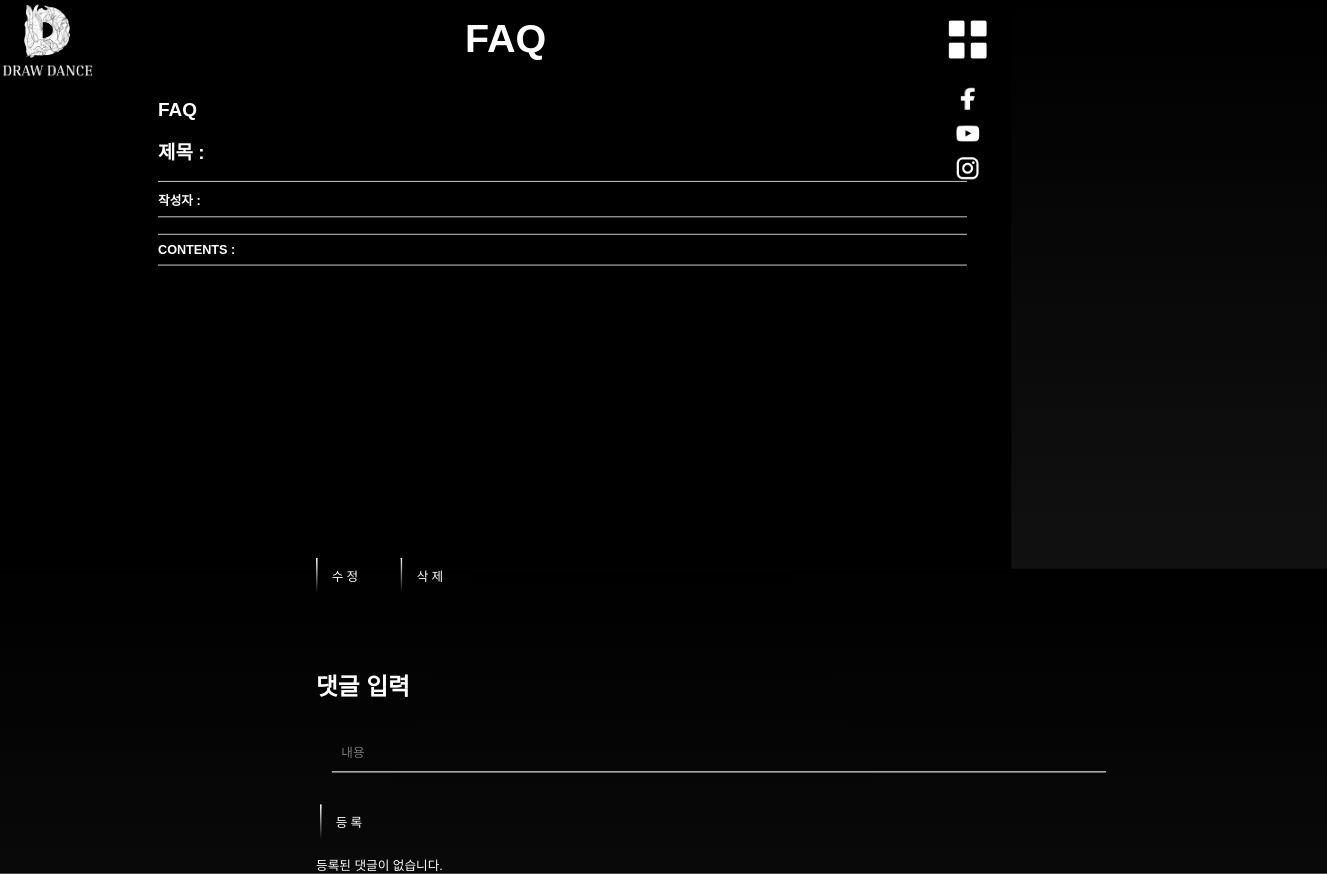
Repository: seonghun9906/semiProject
Page: http://localhost/drawAcademy/WEB-INF/views/QBoard/detail.jsp
These files come from the project's save history. The page is drawn as it stood at one moment and after the next save; the edit follows.
The browser window is 1280 px wide. The page is 1680 px wide, so the pictures cover 1680 px, including what lies to the right of the window. The pictures show the whole page, at 79% of full size.
The page is served by Tomcat 9. Nobody is signed in. Other server files are loaded and not shown. The template is opened directly, without the code that normally fills it, so the values that code supplies are empty.

Above is the page before, as saved 2024-02-29 02:26:55.

### drawAcademy/src/main/webapp/WEB-INF/views/QBoard/detail.jsp
<%@page import="com.icia.drawAcademy.dto.QboardDto"%>
<%@page import="com.icia.drawAcademy.dao.Qboarddao.QboardDao"%>
<%@ page language="java" contentType="text/html; charset=UTF-8"
   pageEncoding="UTF-8"%>
<%@ taglib prefix="c" uri="http://java.sun.com/jsp/jstl/core"%>
<!DOCTYPE html>
<html>
<head>
<meta charset="UTF-8">
<title>Insert title here</title>
<link rel="stylesheet" href="resources/css/detail.css">
<script src="https://code.jquery.com/jquery-3.7.1.min.js"
   integrity="sha256-/JqT3SQfawRcv/BIHPThkBvs0OEvtFFmqPF/lYI/Cxo="
   crossorigin="anonymous"></script>
</head>
<body>
   <div class="bodyMain">
      <div class="title">FAQ</div>
      <header class="headerMenu">
         <button class="Home-btn" onclick="location.href='./'">
            <img src="resources/images/lg.png" class="logo">
         </button>
      </header>
      <div class="headerMenu">
         <button class="Home-btn" onclick="location.href='./'">
            <img src="resources/images/lg.png" class="logo">
         </button>
      </div>
      <div id="menu-container">
         <img src="resources/images/menu.png" id="menuButton">
         <div id="rectangle">
            <br> <br>
            <button class="Home-btn" onclick="location.href='./'">
               <p>HOME</p>
            </button>
            <br> <br> <br>
            <button class="ABOUT-btn" onclick="location.href='./about'">
               <p>ABOUT</p>
            </button>
            <br> <br> <br>
            <button class="INSTRUCTORS-btn"
               onclick="location.href='./instructors'">
               <p>INSTRUCTORS</p>
            </button>
            <br> <br> <br>
            <button class="CLASS-btn" onclick="location.href='./classpage'">
               <p>CLASS</p>
            </button>
            <br> <br> <br>
            <button class="CONTACT-btn" onclick="location.href='./qboard'">
               <p>FAQ</p>
            </button>
            <br> <br> <br> <br> <br> <br> <br>
            <div class="smallWord">
               <button id="loginBtn" class="LOGIN-btn"
                  onclick="location.href='./login'">
                  <small>LOGIN</small>
               </button>
               <form id="logoutForm" action="logout" method="get">
                  <button class="LOGIN-btn" onclick="location.href='./'">
                     <small>LOGOUT</small>
                  </button>
               </form>
               <button id="signupBtn" class="SIGNUP-btn"
                  onclick="location.href='./signUp'">
                  <small>SIGN UP</small>
               </button>
               <button id="myPage" class="MYPAGE-btn"
                  onclick="location.href='./mypage'">
                  <small>MY PAGE</small>
               </button>
            </div>
            <br> <br>
            <div id="icon-container2">
               <a href="https://www.facebook.com"> <img
                  src="resources/images/facebookIcon.png" class="facebook">
               </a> <a href="https://www.youtube.com"> <img
                  src="resources/images/youtubeIcon.png" class="youtube">
               </a> <a href="https://www.instagram.com"> <img
                  src="resources/images/instagramIcon.png" class="instagram">
               </a>
            </div>
         </div>
      </div>
      <div id="icon-container">
         <a href="https://www.facebook.com"> <img
            src="resources/images/facebookIcon.png" class="facebook">
         </a> <a href="https://www.youtube.com"> <img
            src="resources/images/youtubeIcon.png" class="youtube">
         </a> <a href="https://www.instagram.com"> <img
            src="resources/images/instagramIcon.png" class="instagram">
         </a>
      </div>


               <div class="detail-title">
                  <h2 class="h2FAQ">FAQ</h2>
                     <h2 class="h2title">제목 : ${qboard.b_title}</h2>
                     <h4 class="author">작성자 : ${qboard.m_name}</h4>
                  	<h4 class="author">CONTENTS : ${qboard.b_contents}</h4>
            <div class="btn-area">

                  <div class="btn-write1">
               <c:if test="${sessionScope.login.m_id eq qboard.m_id}">
                     <a href="QBUpdate?b_code=${qboard.b_code}">
                        <button id="upbtn">
                           <span></span>
                           <span></span>
                            <span></span>
                             <span></span> 수정
                        </button>
                     </a>
               </c:if>
                  </div>

               <div class="btn-write1">
                  <c:if test="${sessionScope.login.m_id eq qboard.m_id}">
                     <form action="delete?b_code=${qboard.b_code}" method="post">
                        <button type="submit" id="delbtn">
                           <span></span>
                           <span></span>
                            <span></span>
                             <span></span>삭제
                        </button>
                     </form>
                  </c:if>
               </div>
            </div>

            <!-- 댓글 기능 -->
            <!-- 댓글 작성 -->
            <div class="comment">
               <form action="inscProc" method="post" onsubmit="scrollToComment()">
                  <input type="hidden" name="b_code" value="${qboard.b_code}">
                  <input type="hidden" name="c_code" value="${ccc.c_code}">
                  <input type="hidden" name="m_name" value="${sessionScope.login.m_name}">
                  <input type="hidden" name="m_id" value="${sessionScope.login.m_id}">
                  <h4 class ="h4Cmt">댓글 입력</h4>
                  <div class="cmtInput">
                  <input type="text" placeholder="내용" name="c_contents" class="cmtText"  required>
                  </div>
                  <button value="submit">
                 	<span></span>
                 	<span></span>
                 	<span></span>
                 	<span></span>
                 	등록</button>
               </form>
               <c:choose>
                  <c:when test="${empty cmtList}">
                     <div class="cmt-item">
                        <span class="none-content">등록된 댓글이 없습니다.</span>
                     </div>
                  </c:when>
                  <c:otherwise>
                     <h3>댓글</h3>
                     <c:forEach var="ccc" items="${cmtList}">
                        <div>
                           <p id="author">작성자: ${ccc.m_name}</p>
                           <p id="cContents">내용 : ${ccc.c_contents}</p>
                           <c:if test="${ccc.m_id eq sessionScope.login.m_id}">
                              <form action="cDelete" method="post">
                              <input type="hidden" name="m_id" value="${sessionScope.login.m_id}">
                              <input type="hidden" name="c_code" value="${ccc.c_code}">
                                 <button type="submit">
                                 <span></span>
                                 <span></span>
                                 <span></span>
                                 <span></span>
                                 삭제</button>
                              </form>
                           </c:if>
                        </div>
                     </c:forEach>
                  </c:otherwise>
               </c:choose>
            </div>
   </div>
</div>

</body>
   <!-- 메뉴 버튼 기능 -->
<script>
   <!-- 메뉴 버튼 기능 -->
   $(document).ready(function() {
      var rectangle = $('#rectangle');
      console.log("rectangle"+ rectangle);
      var menuButton = $('#menuButton');
      var iconContainer = $('#icon-container');
      var isRectangleVisible = false; // rectangle의 초기 상태를 정의 - 첫 메뉴 클릭 때 실행되지 않는 현상 해결

      menuButton.on('click', function() {
         if (!isRectangleVisible) {
            rectangle.show();
            iconContainer.hide(); //메뉴 창이 나오면서 iconcontainer 사라지기
            isRectangleVisible = true; // rectangle이 보이는 상태로 설정
         } else {
            rectangle.hide();
            iconContainer.show();
            isRectangleVisible = false; // rectangle이 숨겨진 상태로 설정
         }
      });
   });

      $(document).ready(function() {
         // 댓글을 작성한 후 페이지 스크롤 위치를 유지
         function scrollToComment() {
            // 댓글 영역의 상단 좌표를 가져옴
            var commentSection = $("#comment");
            var commentSectionTop = commentSection.offset().top;

            // 페이지를 댓글 영역의 상단으로 스크롤
            window.scrollTo(0, commentSectionTop);
         }

         // 댓글이 추가될 때 화면의 크기 조정
         function adjustScreenSize() {
            // 현재 문서의 전체 높이
            var documentHeight = $(document).height();

            // 브라우저 높이
            var windowHeight = $(window).height();

            // 브라우저 높이보다 문서의 높이가 작을 경우
            if (documentHeight < windowHeight) {
               // 문서의 높이를 브라우저 높이로 조정
               $("body").height(windowHeight);
            } else {
               // 문서의 높이를 기존 높이로 유지
               $("body").height(documentHeight);
            }
         }

         // 페이지 로드 시 화면 크기 조정
         $(window).on("load", function() {
            adjustScreenSize();
         });

         // 댓글이 추가될 때 화면 크기 조정
         function addComment() {
            // 댓글 추가 작업 수행 후
            // 화면 크기 조정 함수 호출
            adjustScreenSize();
         }
      });
   </script>

<script>
$(document).ready(function() {

  var loginBtn = $("#loginBtn");
  var logoutForm = $("#logoutForm");
  var signupBtn = $("#signupBtn");
  var myPageBtn = $("#myPage");

  var loggedInMember = '<%= session.getAttribute("login") %>';
  console.log("세션에 저장된 값: " + loggedInMember);
  // 여기서 로그인 여부를 확인하고 그에 따라 버튼을 표시하거나 숨깁니다.
  var isLoggedIn = loggedInMember !== 'null' && loggedInMember !== '';

  if (isLoggedIn) {
    loginBtn.hide();
    logoutForm.show();
    signupBtn.hide();
    myPageBtn.show();
  } else {
    loginBtn.show();
    logoutForm.hide();
    signupBtn.show();
    myPageBtn.hide();
  }
});
</script>

</html>

### drawAcademy/src/main/webapp/resources/css/detail.css
html {
   height: 100%;
}

body {
   margin: 0;
   padding: 0;
   font-family: sans-serif;
   background: linear-gradient(#000000, #111111);
}

.bodyMain {
   position: absolute;
   background-color: #000000;
   top: 0;
   left: 0;
   bottom: 0;
   right: 0;
   width: 100%;
   height: 100%;
}

.headerMenu .Home-btn {
   position: absolute;
   background: none;
   border: none;
   padding: 0;
   cursor: pointer;
   width: auto; /* 이미지 크기에 맞게 자동으로 조정됨 */
   z-index: 9999;
}

.title {
   width: 100%; /* 컨테이너의 너비를 화면 전체로 설정 */
   position: absolute; /* 화면 아래에 고정시킵니다. */
   text-align: center; /* 내부 텍스트를 가운데 정렬합니다. */
   padding: 20px; /* 내부 여백 설정 (예시) */
   box-sizing: border-box; /* 패딩이 포함된 전체 너비/높이 계산 */
   color: #ffffff;
   font-size: 50px;
   font-weight: bold;
   z-index: 9999;
}

.headerMenu .logo {
   width: 120px; /* 이미지가 버튼 내에서 꽉 차도록 설정 */
   height: auto; /* 이미지의 가로 세로 비율을 유지하면서 버튼에 맞게 조정 */
}

.facebook {
   width: 20px;
   height: 30px;
   z-index: 9999;
}

.youtube {
   width: 30px;
   height: 20px;
   z-index: 9999;
}

.instagram {
   width: 30px;
   height: 30px;
   z-index: 9999;
}

#menu-container {
   position: relative;
   z-index: 9999;
}

#menuButton {
   cursor: pointer;
   position: absolute;
   top: 25px;
   right: 30px; /* 오른쪽으로 이동 */
   display: flex;
   width: 50px;
   height: 50px;
   z-index: 9999;
}

#icon-container {
   position: absolute;
   top: 110px;
   right: 40px;
   display: flex;
   flex-direction: column; /* 세로 방향으로 아이콘을 나열 */
   align-items: center; /* 아이콘을 수직 중앙으로 정렬 */
   gap: 15px; /* 아이콘 사이의 간격 설정 */
   z-index: 9998;
}

#rectangle {
   /* 처음엔 숨겨져 있음 */
   position: absolute;
   top: 110px; /* toggleButton 바로 아래 위치 */
   right: 30px; /* menuButton과 같게 */
   width: 10.5%;
   min-height: 200px;
   color: black;
   background-color: black;
   display: none;
   border: 2px solid white;
   background-color: black;
   z-index: 9999;
}

#rectangle button {
   cursor: pointer;
   background-color: black;
   border: none;
   padding: 0.5em 0.5em; /* 위아래 0.5em, 좌우 1em으로 설정하여 버튼 크기를 내용에 맞게 조정 */
   color: white;
   font-size: 23px;
   gap: 15px;
}

#rectangle p {
   color: white;
   text-align: left;
   font-size: 24px;
   text-decoration: underline; /* 밑줄 */
   margin: 0px;
}

.smallWord {
   color: white;
   margin: 10px;
}

#icon-container2 {
   position: relative;
   right: -30px;
   display: flex;
   margin-bottom: 30px;
   flex-direction: row; /* 가로 방향으로 아이콘을 나열 */
   align-items: center; /* 아이콘을 수직 중앙으로 정렬 */
   gap: 15px; /* 아이콘 사이의 간격 설정 */
   z-index: 9998;
}

.detail {
   margin-left: 0px;
}

.detail-main {
   position: absolute;
   width: 90%;
   max-width: 1200px;
   margin-top: 85px;
   color: white;
}

.detail-title {
   position: absolute;
   top: 100px; /* 적절한 위치로 조정 */
   width: 100%;
   padding: 5px 0;
   left: 200px;
   text-align : start;
   color: white;
   z-index: 999;
   text-align: start;
}

.detail-content {
   position: absolute;
   top: 270px; /* 적절한 위치로 조정 */
   width: 100%;
   padding: 10px 0;
   left: 200px;
   text-align: start;
   color: white;
   z-index: 999;
}

.author {
   color: white;
   border-top: 1px solid;
   border-bottom: 1px solid;
   padding: 10px 0;
   width: 80%;
}


#upbtn {
   margin-left : 0;
}

.FAQandBtn{
	margin-left:0;

}

.btn-area{
	display : flex;
	gap: 20px;
	margin-top : 350px;
	margin-left : 200px;
}


.btn-write1 form button {
  cursor: pointer;
  position: relative;
  display: inline-block;
  padding: 10px 20px;
  color: #ffffff;
  font-size: 16px;
  text-decoration: none;
  text-transform: uppercase;
  overflow: hidden;
  transition: .5s;
  margin-left: 100px;
  margin-top: 10px;
  margin: 20px 5px; /* 좌우 여백을 조절 */
  letter-spacing: 4px;
  border: none;
  background-color: transparent;
}

.btn-write1 form button:hover {
  background: #ffffff;
  color: #000000;
  border-radius: 5px;
  box-shadow: 0 0 5px #ffffff,
              0 0 25px #ffffff,
              0 0 50px #ffffff,
              0 0 100px #ffffff;
}

.btn-write1 form button span {
  position: absolute;
  display: block;
}

.btn-write1 form button span:nth-child(1) {
  top: 0;
  left: -100%;
  width: 100%;
  height: 2px;
  background: linear-gradient(90deg, transparent, #ffffff);
  animation: btn-anim1 1s linear infinite;
}

@keyframes btn-anim1 {
  0% {
    left: -100%;
  }
  50%,100% {
    left: 100%;
  }
}

.btn-write1 form button span:nth-child(2) {
  top: -100%;
  right: 0;
  width: 2px;
  height: 100%;
  background: linear-gradient(180deg, transparent, #ffffff);
  animation: btn-anim2 1s linear infinite;
  animation-delay: .25s
}

@keyframes btn-anim2 {
  0% {
    top: -100%;
  }
  50%,100% {
    top: 100%;
  }
}

.btn-write1 form button span:nth-child(3) {
  bottom: 0;
  right: -100%;
  width: 100%;
  height: 2px;
  background: linear-gradient(270deg, transparent, #ffffff);
  animation: btn-anim3 1s linear infinite;
  animation-delay: .5s
}

@keyframes btn-anim3 {
  0% {
    right: -100%;
  }
  50%,100% {
    right: 100%;
  }
}

.btn-write1 form button span:nth-child(4) {
  bottom: -100%;
  left: 0;
  width: 2px;
  height: 100%;
  background: linear-gradient(360deg, transparent, #ffffff);
  animation: btn-anim4 1s linear infinite;
  animation-delay: .75s
}

@keyframes btn-anim4 {
  0% {
    bottom: -100%;
  }
  50%,100% {
    bottom: 100%;
  }
}


.btn-write1 a button {
  cursor: pointer;
  position: relative;
  display: inline-block;
  padding: 10px 20px;
  color: #ffffff;
  font-size: 16px;
  text-decoration: none;
  text-transform: uppercase;
  overflow: hidden;
  transition: .5s;
  margin-left: 100px;
  margin-top: 10px;
  margin: 20px 5px; /* 좌우 여백을 조절 */
  letter-spacing: 4px;
  border: none;
  background-color: transparent;
}

.btn-write1 a button:hover {
  background: #ffffff;
  color: #000000;
  border-radius: 5px;
  box-shadow: 0 0 5px #ffffff,
              0 0 25px #ffffff,
              0 0 50px #ffffff,
              0 0 100px #ffffff;
}

.btn-write1 a button span {
  position: absolute;
  display: block;
}

.btn-write1 a button span:nth-child(1) {
  top: 0;
  left: -100%;
  width: 100%;
  height: 2px;
  background: linear-gradient(90deg, transparent, #ffffff);
  animation: btn-anim1 1s linear infinite;
}

@keyframes btn-anim1 {
  0% {
    left: -100%;
  }
  50%,100% {
    left: 100%;
  }
}

.btn-write1 a button span:nth-child(2) {
  top: -100%;
  right: 0;
  width: 2px;
  height: 100%;
  background: linear-gradient(180deg, transparent, #ffffff);
  animation: btn-anim2 1s linear infinite;
  animation-delay: .25s
}

@keyframes btn-anim2 {
  0% {
    top: -100%;
  }
  50%,100% {
    top: 100%;
  }
}

.btn-write1 a button span:nth-child(3) {
  bottom: 0;
  right: -100%;
  width: 100%;
  height: 2px;
  background: linear-gradient(270deg, transparent, #ffffff);
  animation: btn-anim3 1s linear infinite;
  animation-delay: .5s
}

@keyframes btn-anim3 {
  0% {
    right: -100%;
  }
  50%,100% {
    right: 100%;
  }
}

.btn-write1 a button span:nth-child(4) {
  bottom: -100%;
  left: 0;
  width: 2px;
  height: 100%;
  background: linear-gradient(360deg, transparent, #ffffff);
  animation: btn-anim4 1s linear infinite;
  animation-delay: .75s
}

@keyframes btn-anim4 {
  0% {
    bottom: -100%;
  }
  50%,100% {
    bottom: 100%;
  }
}


.comment form button {
  cursor: pointer;
  position: relative;
  display: inline-block;
  padding: 10px 20px;
  color: #ffffff;
  font-size: 16px;
  text-decoration: none;
  text-transform: uppercase;
  overflow: hidden;
  transition: .5s;
  margin-left: 100px;
  margin-top: 10px;
  margin: 20px 5px; /* 좌우 여백을 조절 */
  letter-spacing: 4px;
  border: none;
  background-color: transparent;
}

.comment form button:hover {
  background: #ffffff;
  color: #000000;
  border-radius: 5px;
  box-shadow: 0 0 5px #ffffff,
              0 0 25px #ffffff,
              0 0 50px #ffffff,
              0 0 100px #ffffff;
}

.comment form button span {
  position: absolute;
  display: block;
}

.comment form button span:nth-child(1) {
  top: 0;
  left: -100%;
  width: 100%;
  height: 2px;
  background: linear-gradient(90deg, transparent, #ffffff);
  animation: btn-anim1 1s linear infinite;
}

@keyframes btn-anim1 {
  0% {
    left: -100%;
  }
  50%,100% {
    left: 100%;
  }
}

.comment form button span:nth-child(2) {
  top: -100%;
  right: 0;
  width: 2px;
  height: 100%;
  background: linear-gradient(180deg, transparent, #ffffff);
  animation: btn-anim2 1s linear infinite;
  animation-delay: .25s
}

@keyframes btn-anim2 {
  0% {
    top: -100%;
  }
  50%,100% {
    top: 100%;
  }
}

.comment form button span:nth-child(3) {
  bottom: 0;
  right: -100%;
  width: 100%;
  height: 2px;
  background: linear-gradient(270deg, transparent, #ffffff);
  animation: btn-anim3 1s linear infinite;
  animation-delay: .5s
}

@keyframes btn-anim3 {
  0% {
    right: -100%;
  }
  50%,100% {
    right: 100%;
  }
}

.comment form button span:nth-child(4) {
  bottom: -100%;
  left: 0;
  width: 2px;
  height: 100%;
  background: linear-gradient(360deg, transparent, #ffffff);
  animation: btn-anim4 1s linear infinite;
  animation-delay: .75s
}

@keyframes btn-anim4 {
  0% {
    bottom: -100%;
  }
  50%,100% {
    bottom: 100%;
  }
}


.comment {
   color: white;
   position: relative;
   top: 35px; /* 적절한 위치로 조정 */
   left: 200px;
   z-index: 999;
}

.cmtInput{
	 border-bottom: 2px solid #adadad;
  margin: 20px;
  padding: 10px 10px;
  width: 75%;
}

.cmtText{
	 width: 100%;
  border:none;
  outline:none;
  color: #ffffff;
  font-size:16px;
  height:25px;
  background: none;

}
.h4Cmt{
	color : white;
	font-weight: bold;
	font-size: 30px;
}

#cContents {
   color: white;
}

After the next save:
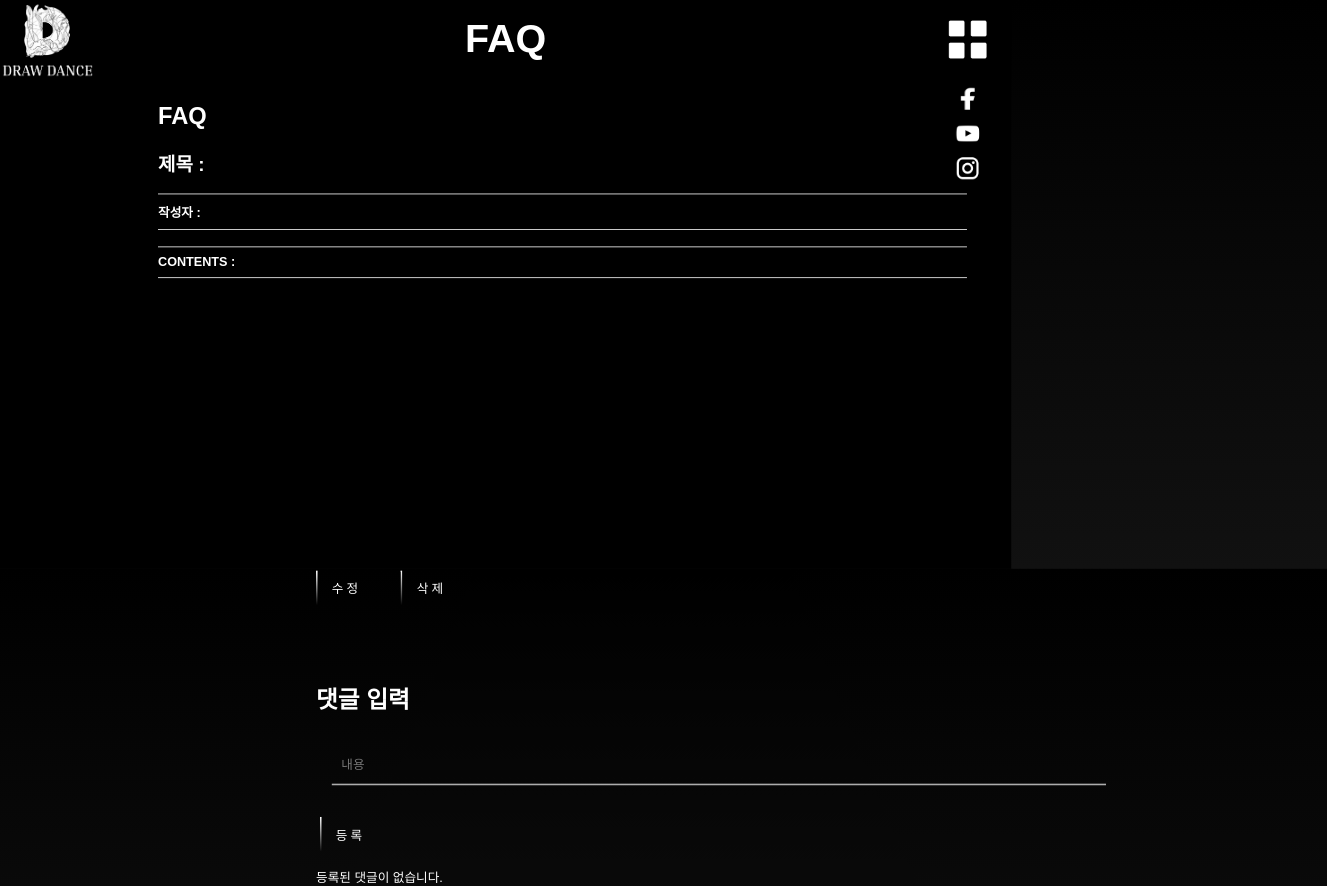
Saved 94 s later.
--- a/drawAcademy/src/main/webapp/resources/css/detail.css
+++ b/drawAcademy/src/main/webapp/resources/css/detail.css
@@ -562,7 +562,11 @@ body {
 	font-weight: bold;
 	font-size: 30px;
 }
-
+.h2FAQ{
+	color : white;
+	font-weight: bold;
+	font-size: 30px;
+}
 #cContents {
    color: white;
 }
